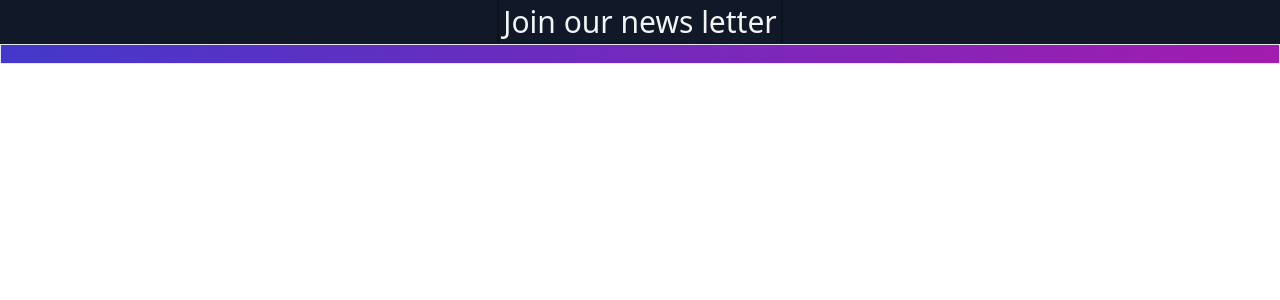
Repository: kenyi-mic/Luka_blog
Page: /footer
These files come from the project's save history. The page is drawn as it stood at one moment and after the next save; the edit follows.
The browser window is 1280 px wide. The pictures show the whole page.
The project was rebuilt for these pictures with package versions that can differ from the ones it lists, and the page was loaded fresh each time. The framework's server and built-in components were replaced by stand-ins that run in the browser. Also part of the build but not shown: next.config.js.

Above is the page before, as saved 2022-04-18 15:07:30.

After the next save:
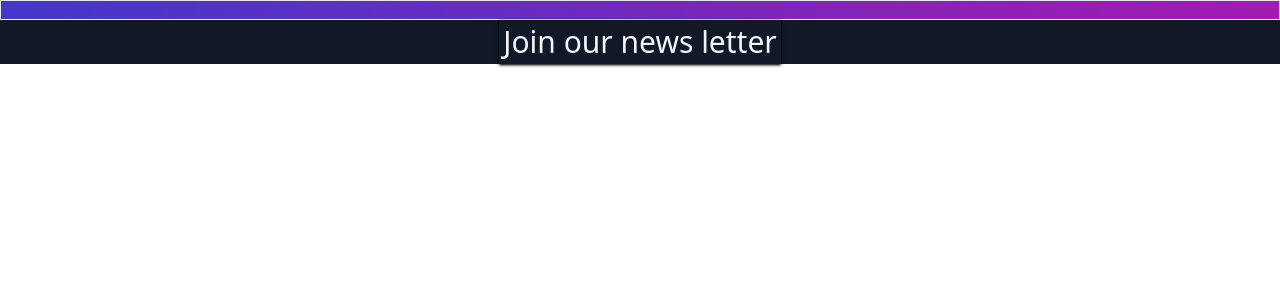
Saved 2 min 3 s later.
--- a/pages/footer.tsx
+++ b/pages/footer.tsx
@@ -2,10 +2,14 @@
 
 function Footer() {
   return (
-    <div className="bg-gray-900 w-full flex flex-col items-center">
+      <>
+       <hr className="w-full h-5 border bg-gradient-to-r from-indigo-700 to-fuchsia-700"/>
+      <div className="bg-gray-900 w-full flex flex-col items-center">
         <h1 className="text-3xl shadow shadow-black p-1 text-gray-100">Join our news letter</h1>
-        <hr className="w-full h-5 border bg-gradient-to-r from-indigo-700 to-fuchsia-700"/>
+
     </div>
+      </>
+
   )
 }
 
